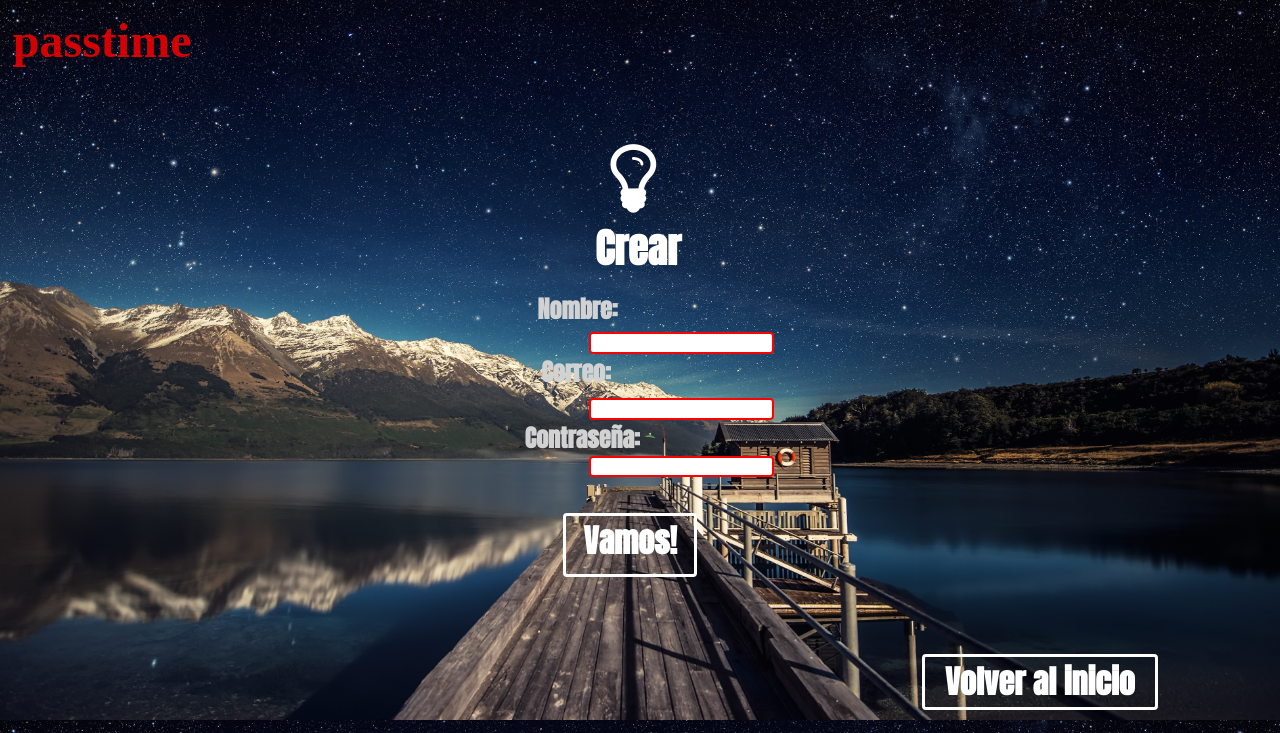
Repository: PassTimeOp/passtimeop.github.io
Page: signup.html
The author's editor kept a record of every edit. The page is drawn from the files as they stood at one moment, then again after the next edit.
The browser window is 1280 px wide. The pictures show the whole page.
Backgrounds fixed to the window are drawn as part of the page. Some web fonts or font styles are not loaded; a fallback is used.

Above is the page before.

### signup.html
<!DOCTYPE HTML>
<html>
    <head>
        <link type="text/css" rel="stylesheet" href="signupStyle.css"/>
        <link rel="stylesheet" href="font-awesome-4.7.0/css/font-awesome.min.css">
        <link href="https://fonts.googleapis.com/css?family=Anton|Arvo|Shrikhand" rel="stylesheet">
        <title>acceder | passtime</title>
    </head>

    <body>
        <h1 id="title">passtime</h1>

        <i class="fa fa-lightbulb-o fa-5x" aria-hidden="true"></i>

        <h1 id="acceder">Crear</h1>


        <div id="data">
            <h4 id="nombre">Nombre:</h4><input type="text" name="nombre">
            <h4 id="correo">Correo:</h4><input type="text" name="correo">
            <h4 id="pass">Contraseña:</h4><input type="password" name="psw">
        </div>

        <div class="buttons" id="vamos"><a href="Calendario/calendario.html" style="text-decoration: none"><h3>Vamos!</h3></a></div>
        <div class="buttons" id="volver"><a href="index.html" style="text-decoration: none"><h3>Volver al inicio</h3></a></div>
    </body>
</html>

### signupStyle.css
html, body{
  width: 100%;
  height: 100%;
  margin: 0;
  padding: 0;
}

body {
  background-image: url(signup.jpg);
  background-size: cover;
  background-position: center;
  width: 100%;
  height: 100%;
  background-repeat: no-repeat;
  background-attachment: fixed;
}

#title {
  font-family: 'Shrikhand', cursive;
  font-size: 300%;
  margin-top: 1%;
  margin-left: 1%;
  display: block;
  color: rgba(255, 0, 0, 0.82);
}

#acceder {
  font-family: 'Anton', sans-serif;
  color: #FFF;
  margin: 0% 0% 0% 46.5%;
  display: block;
  font-size: 250%;
}

i {
  margin: 3% 1% 0% 47.7%;
  color: #FFF;
  display: block;
}

input {
  display: inline-block;
  border-radius: 4px;
  border: 2px solid red;
  height: 20%;
  margin: 0% 0% 0% 30%;
}

#data {
  margin: 1% 0% 0% 40%;
  height: 11%;
  width: 20%;
  display: inline-block;
}

h4 {
  font-size: 150%;
  font-family: 'Anton', sans-serif;
  color: #D2D2D2;
}

#nombre {
  display: block;
  margin: 0% 1% 2% 10%;
}


#correo {
  display: block;
  margin: 0% 1% 3% 11.5%;
}

#pass {
  display: block;
  margin: 0% 0% 0% 5%;
}


.buttons {
  border: 3px solid #FFF;
  border-radius: 4px;
}

h3 {
  font-family: 'Anton', sans-serif;
  margin: 0% 0% 0% 0%;
  text-align: center;
  font-size: 200%;
  color: #FFF;
}

#vamos {
  width: 10%;
  height: 8%;
  padding: 0%;
  display: block;
  margin: 3% 0% 0% 44%;
}

#volver {
  width: 18%;
  height: 7%;
  padding: 0%;
  margin: 6% 0% 0% 72%;
  display: block;
}

Loaded but not shown: font-awesome-4.7.0/css/font-awesome.min.css (library)

After the next edit:
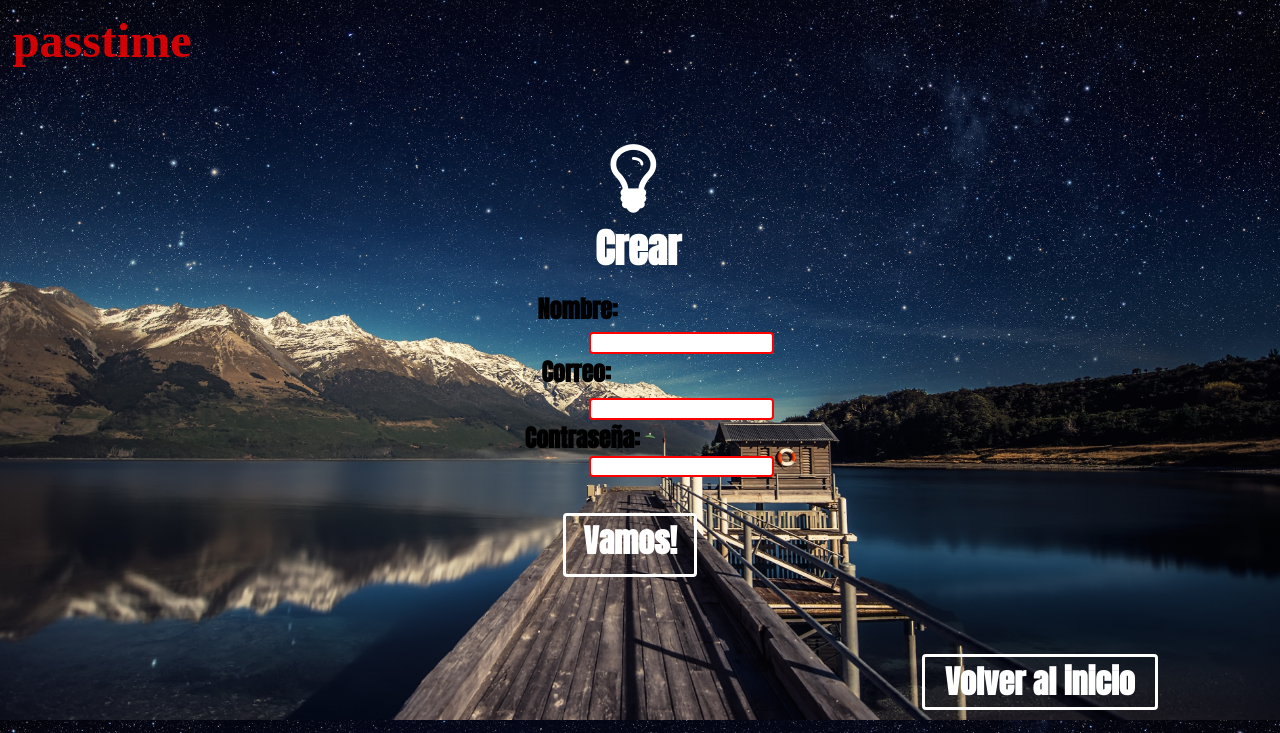
The edit:
--- a/signupStyle.css
+++ b/signupStyle.css
@@ -56,7 +56,7 @@
 h4 {
   font-size: 150%;
   font-family: 'Anton', sans-serif;
-  color: #D2D2D2;
+  color: #000;
 }
 
 #nombre {
